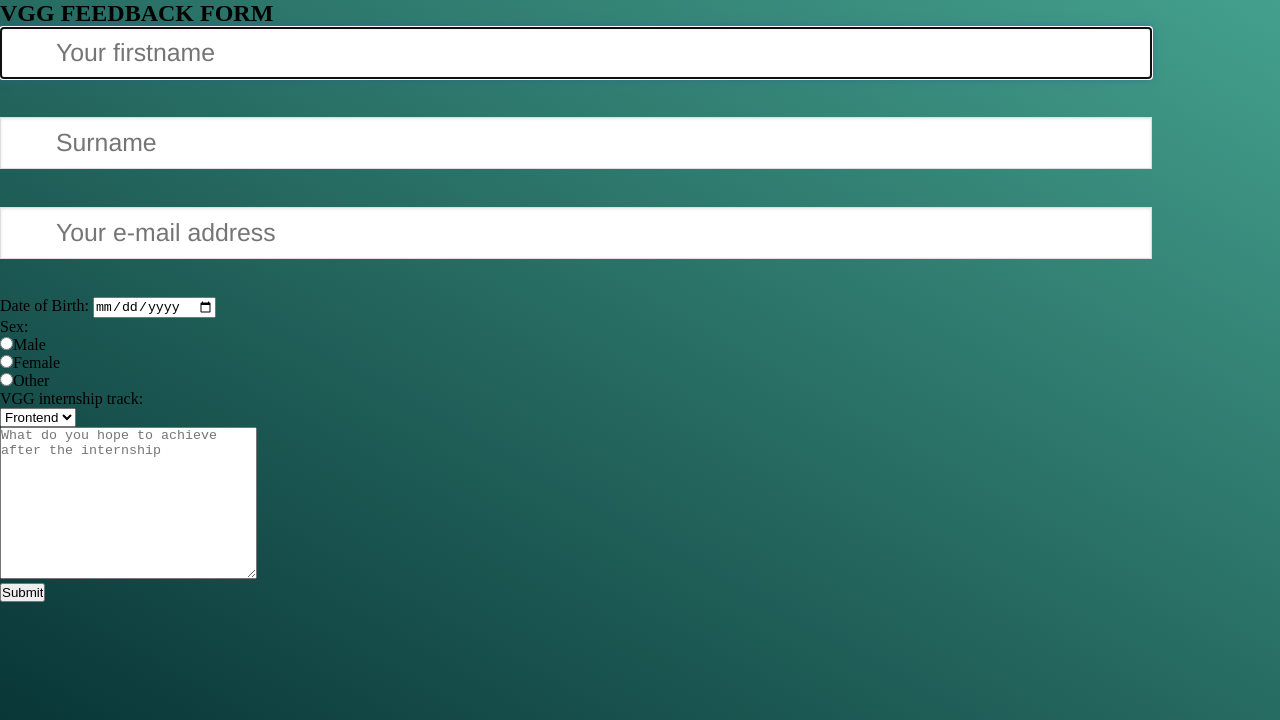
Repository: iphyokafor/VGG-Feedback-form
Page: index.html
The author's editor kept a copy of each file at every save. The page is drawn from the files as they stood at one save, then again after the next save.
The browser window is 1280 px wide. The pictures show the whole page.
The first visible `#VGG-form .txtinput` has the focus.

Above is the page before, as saved 2020-01-12 22:29:57.

### index.html
<!DOCTYPE html>
<html lang="en">

<head>
    <meta charset="UTF-8">
    <meta name="viewport" content="width=device-width, initial-scale=1.0">
    <meta http-equiv="X-UA-Compatible" content="ie=edge">
    <title>VGG Feedback Form</title>
    <link rel="stylesheet" href="./style.css">
</head>

<body>

    <form name="VGG Internship Feedback form" id="VGG-form" method="POST" action="#" class="container">
        <div>
            <section id="form-items">
                <h2>VGG FEEDBACK FORM</h2>
                <input type="text" name="name" id="name" placeholder="Your firstname" class="txtinput"><br>
                <input type="text" name="surname" id="surname" placeholder="Surname" class="txtinput"><br>
                <input type="email" name="email" id="email" placeholder="Your e-mail address" class="txtinput" required><br> Date of Birth: <input type="date" name="Date of Birth"><br> Sex:
                <br>
                <input type="radio" name="gender">Male<br>
                <input type="radio" name="gender">Female<br>
                <input type="radio" name="gender">Other<br> VGG internship track: <br>
                <select>
              <option value="Frontend">Frontend</option>
              <option value="Backend">Backend</option>
              <option value="UI/UX">UI/UX</option>
              <option value="DevOps">DevOps</option>
            </select><br>
                <textarea name="message" id="message" placeholder="What do you hope to achieve after the internship" cols="30" rows="10" class="textblock"></textarea><br>
                <input type="submit" value="Submit">
            </section>
        </div>
    </form>

</body>

</html>

### style.css
* {
    margin: 0;
    padding: 0;
    box-sizing: border-box;
}

body {
    background: linear-gradient(to right top, #093637, #44A08D);
    background-repeat: no-repeat;
    height: 100vh;
}


/* .container {
    box-sizing: border-box;
    box-shadow: 4px 5px 5px solid black;
} */

form {
    /* margin: auto;
    padding: 20px; */
}

#VGG-form .txtinput {
    display: block;
    font-family: "helvetica neue", Arial, Helvetica, sans-serif;
    border-style: solid;
    border-width: 1px;
    border-color: #dedede;
    margin-bottom: 20px;
    font-size: 1.55em;
    padding: 11px 25px;
    padding-left: 55px;
    width: 90%;
    color: #777;
    box-shadow: 0 1px 3px rgba(0, 0, 0, 0.1) inset;
    transition: border 0.15s linear 0s, linear 0s, color 0.15s linear 0s;
}

#VGG-form .txtinput:focus {
    color: #333;
    border-color: rgba(41, 92, 161, 0.4);
    box-shadow: 0 1px 3px rgba(0, 0, 0, 0.1) inset, 0 0 8px rgba(41, 92, 161, 0.6);
}

After the next save:
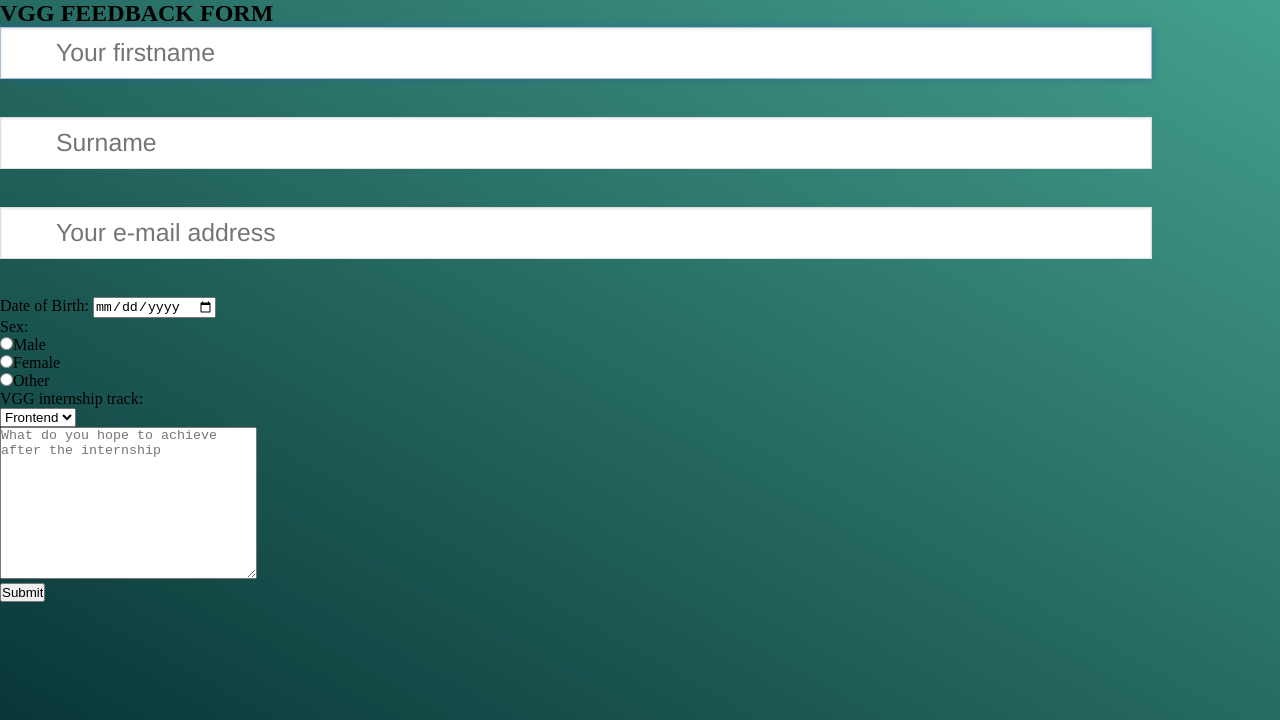
Saved 24 s later.
--- a/style.css
+++ b/style.css
@@ -41,4 +41,5 @@ form {
     color: #333;
     border-color: rgba(41, 92, 161, 0.4);
     box-shadow: 0 1px 3px rgba(0, 0, 0, 0.1) inset, 0 0 8px rgba(41, 92, 161, 0.6);
+    outline: 0 none;
 }
